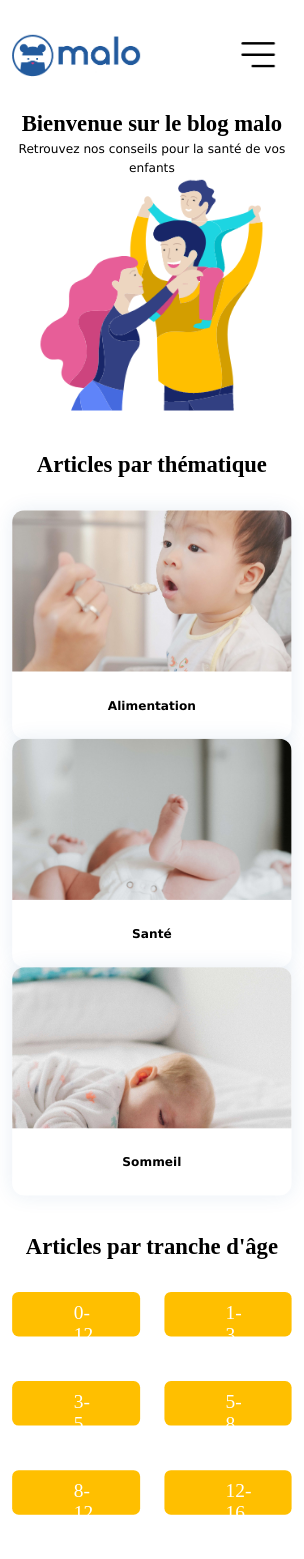
Repository: carbone-dev/keli-malo
Page: blog.html
These files come from the project's save history. The page is drawn as it stood at one moment and after the next save; the edit follows.
The browser window is 375 px wide. The pictures show the whole page, at 81% of full size.

Above is the page before, as saved 2020-12-09 14:42:46.

After the next save:
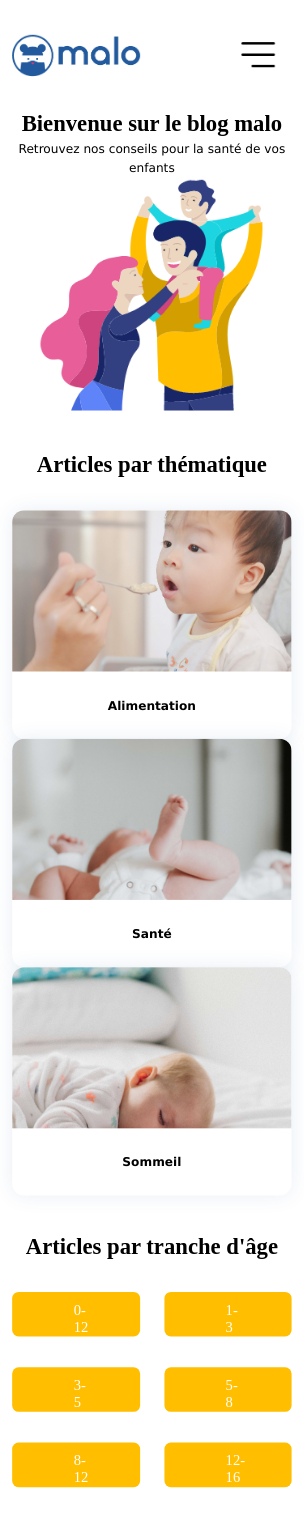
Saved 3 min 28 s later.
--- a/css/style.css
+++ b/css/style.css
@@ -602,6 +602,10 @@
     text-align: center;
   }
 
+  .btn {
+    font-size: 18px;
+  }
+
   .col-reverse {
     display: flex;
     flex-wrap: wrap;
